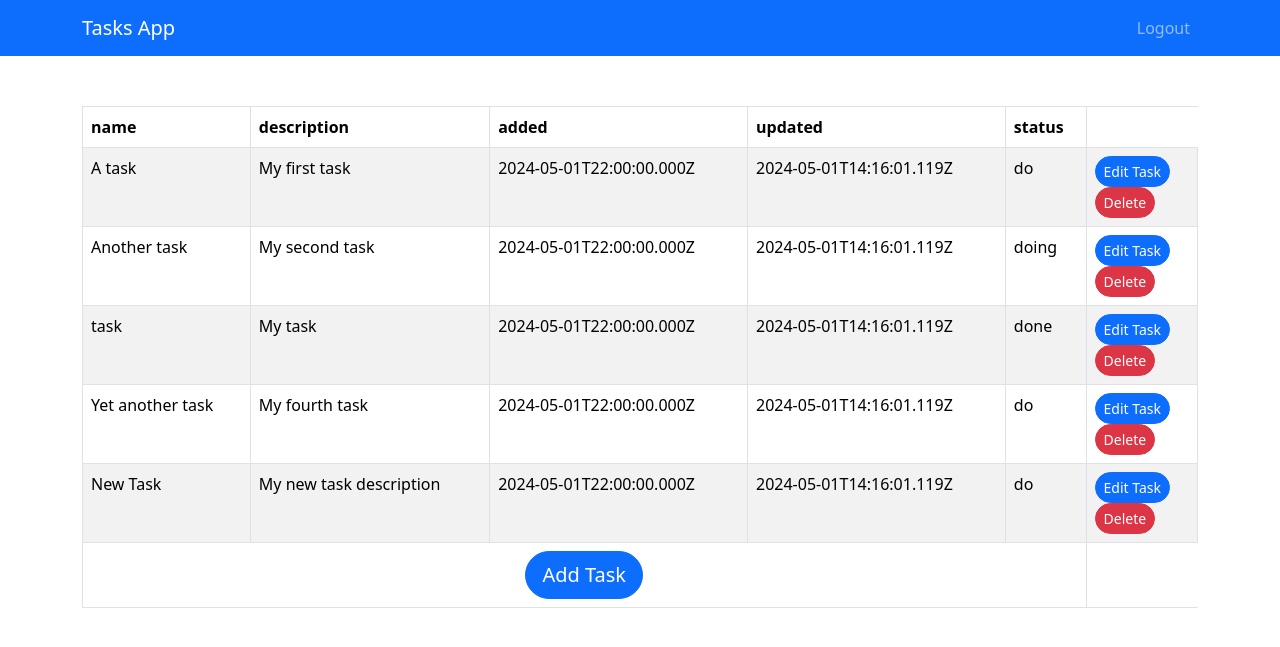
Repository: trider/react-task-manager
Page: /#/tasks
The author's editor kept a copy of each file at every save. The page is drawn from the files as they stood at one save, then again after the next save.
The browser window is 1280 px wide. The pictures show the whole page.
The project was rebuilt for these pictures with package versions that can differ from the ones it lists, and the page was loaded fresh each time. Also part of the build but not shown: src/App.css, src/data/_Users.js, src/pages/Login.js.

Above is the page before, as saved 2024-05-06 15:41:29.

After the next save:
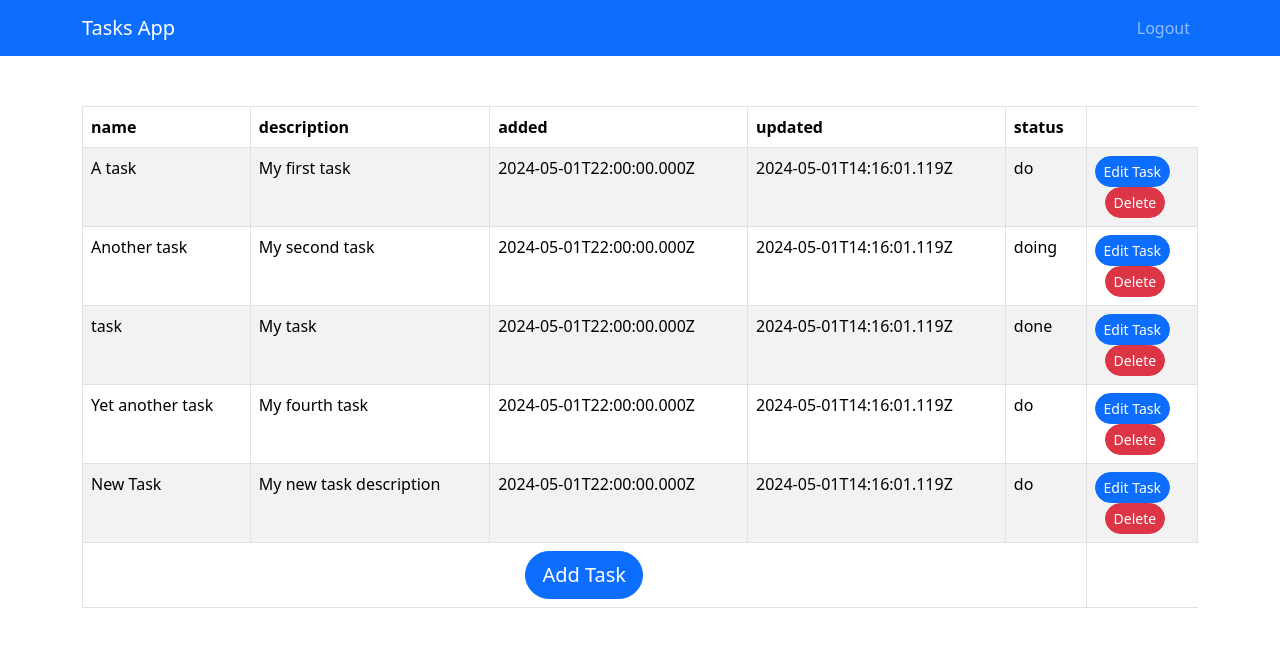
Saved 22 s later.
--- a/src/pages/Task.js
+++ b/src/pages/Task.js
@@ -29,9 +29,9 @@ const TaskTable = () => {
             <td>
 
 
-            <ModalComponent title={'Edit Task'} size={'sm'} style={{marginRight:'20px'}}/>
+            <ModalComponent title={'Edit Task'} size={'sm'} />
 
-            <Button  variant="danger rounded-pill" size='sm' >
+            <Button  variant="danger rounded-pill" size='sm' style={{marginLeft:'10px'}}>
             Delete
           </Button>
 
